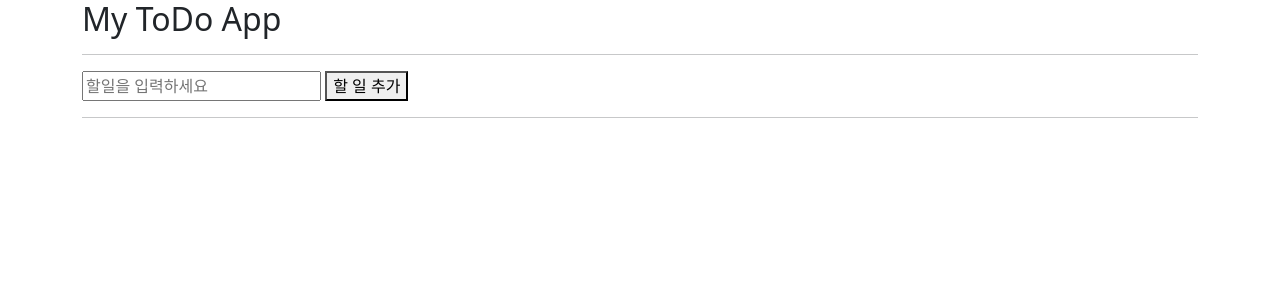
Repository: kiyongee2/kh-jsp
Page: http://localhost/jwbook/ch03/todolist.jsp
These files come from the project's save history. The page is drawn as it stood at one moment and after the next save; the edit follows.
The browser window is 1280 px wide. The pictures show the whole page.
The page is served by Tomcat 9. Other server files are loaded and not shown.

Above is the page before, as saved 2023-11-18 09:08:40.

### jwbook/src/main/webapp/ch03/todolist.jsp
<%@ page language="java" contentType="text/html; charset=UTF-8"
    pageEncoding="UTF-8"%>
<!DOCTYPE html>
<html>
<head>
<meta charset="UTF-8">
<title>todo list</title>
<link rel="stylesheet" href="../resources/css/bootstrap.css">
</head>
<body>
	<div class="container">
		<h2>My ToDo App</h2>
		<hr>
			<input id="item" type="text" placeholder="할일을 입력하세요">
			<button type="button" onclick="addItem()">할 일 추가</button>
		<hr>
		<ul id="todolist"></ul>
	</div>
</body>
</html>

Loaded but not shown: jwbook/src/main/webapp/resources/css/bootstrap.css (library)

After the next save:
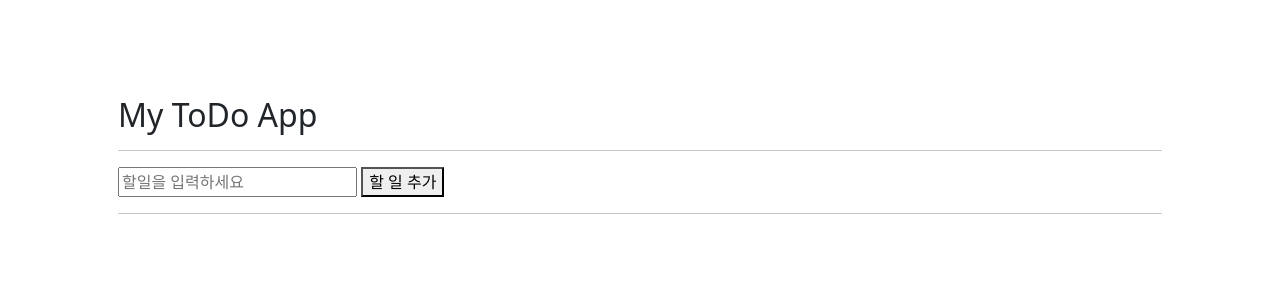
Saved 58 s later.
--- a/jwbook/src/main/webapp/ch03/todolist.jsp
+++ b/jwbook/src/main/webapp/ch03/todolist.jsp
@@ -8,7 +8,7 @@
 <link rel="stylesheet" href="../resources/css/bootstrap.css">
 </head>
 <body>
-	<div class="container">
+	<div class="container mt-5 p-5">
 		<h2>My ToDo App</h2>
 		<hr>
 			<input id="item" type="text" placeholder="할일을 입력하세요">
